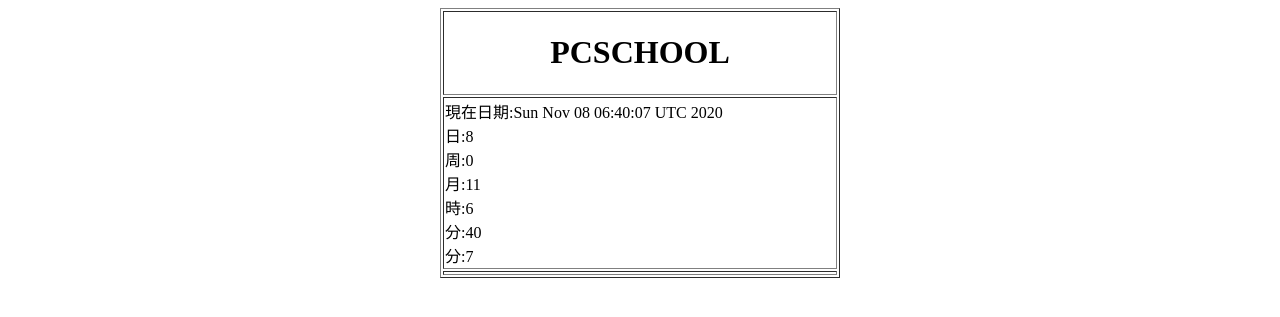
Repository: jtlai0921/javaweb1108
Page: http://localhost/javawebex/jspEx/ex6.jsp
The author's editor kept a copy of each file at every save. The page is drawn from the files as they stood at one save, then again after the next save.
The browser window is 1280 px wide. The pictures show the whole page.
The page is served by Tomcat 9.

Above is the page before, as saved 2020-11-22 04:17:48.

After the next save:
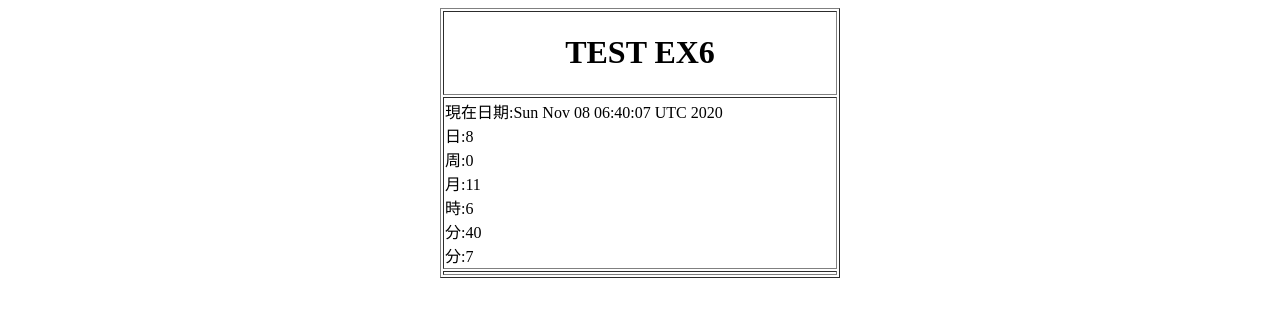
Saved 51 s later.
--- a/javawebex/WebContent/jspEx/ex6.jsp
+++ b/javawebex/WebContent/jspEx/ex6.jsp
@@ -9,7 +9,7 @@
 <body>
 <table border=1 width=400 align=center>
 	<tr>
-		<td align=center><h1>PCSCHOOL<h1>
+		<td align=center><h1>TEST EX6<h1>
 
 	<tr>
 		<td><%@include file="ex5.jsp" %>
